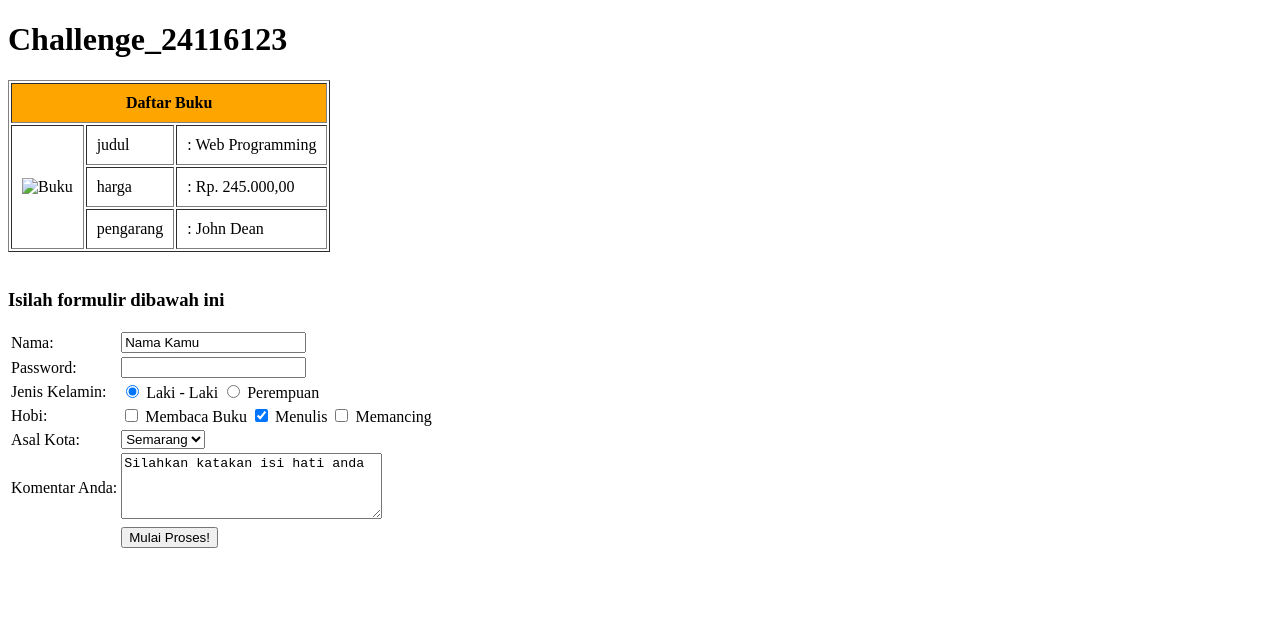
Repository: Deka-al/helloworld
Page: Challange_24116123.html
The author's editor kept a copy of each file at every save. The page is drawn from the files as they stood at one save, then again after a run of saves.
The browser window is 1280 px wide. The pictures show the whole page.

Above is the page before, as saved 2026-04-20 09:45:34.

### Challange_24116123.html
<!DOCTYPE html>
<html>
<head>
    <title>Challenge_24116123 </title>
</head>
<body>
    <h1>Challenge_24116123 </h1>
    <table border="1" cellpadding="10">
        <tr bgcolor="orange">
            <th colspan="3">Daftar Buku</th>
        </tr>
        <tr>
            <td rowspan="3">
                <img src="" alt="Buku" width="100">
            </td>
            <td>judul</td>
            <td>: Web Programming</td>
        </tr>
        <tr>
            <td>harga</td>
            <td>: Rp. 245.000,00</td>
        </tr>
        <tr>
            <td>pengarang</td>
            <td>: John Dean</td>
        </tr>
    </table>

    <br>

    <!-- Form -->
    <h3>Isilah formulir dibawah ini</h3>

    <table>
        <tr>
            <td>Nama:</td>
            <td><input type="text" value="Nama Kamu"></td>
        </tr>
        <tr>
            <td>Password:</td>
            <td><input type="password"></td>
        </tr>
        <tr>
            <td>Jenis Kelamin:</td>
            <td>
                <input type="radio" name="jk" checked> Laki - Laki
                <input type="radio" name="jk"> Perempuan
            </td>
        </tr>
        <tr>
            <td>Hobi:</td>
            <td>
                <input type="checkbox"> Membaca Buku
                <input type="checkbox" checked> Menulis
                <input type="checkbox"> Memancing
            </td>
        </tr>
        <tr>
            <td>Asal Kota:</td>
            <td>
                <select>
                    <option>Semarang</option>
                    <option>Jakarta</option>
                    <option>Bandung</option>
                </select>
            </td>
        </tr>
        <tr>
            <td>Komentar Anda:</td>
            <td>
                <textarea rows="4" cols="30">Silahkan katakan isi hati anda</textarea>
            </td>
        </tr>
        <tr>
            <td></td>
            <td>
                <button>Mulai Proses!</button>
            </td>
        </tr>
    </table>

</body>
</html>

After the next 2 saves:
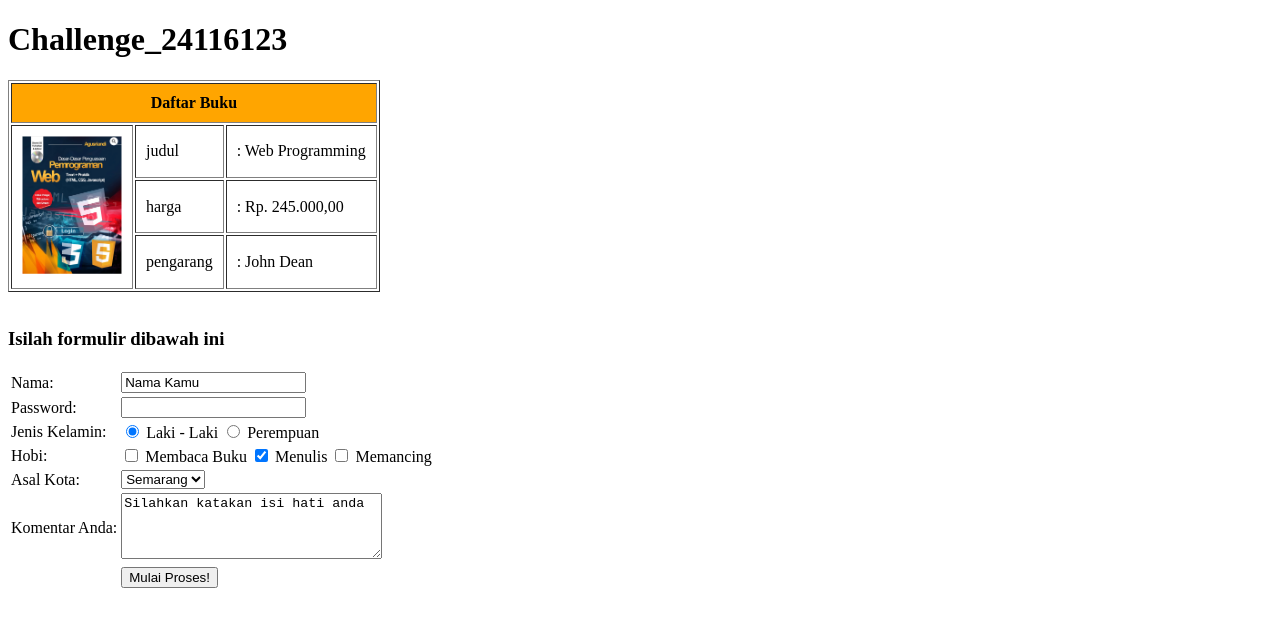
The 2 saves are shown as one change because they came seconds apart.
The last was saved 6 s later.
--- a/Challange_24116123.html
+++ b/Challange_24116123.html
@@ -11,7 +11,7 @@
         </tr>
         <tr>
             <td rowspan="3">
-                <img src="" alt="Buku" width="100">
+                <img src="207182.png" alt="Buku" width="100">
             </td>
             <td>judul</td>
             <td>: Web Programming</td>
